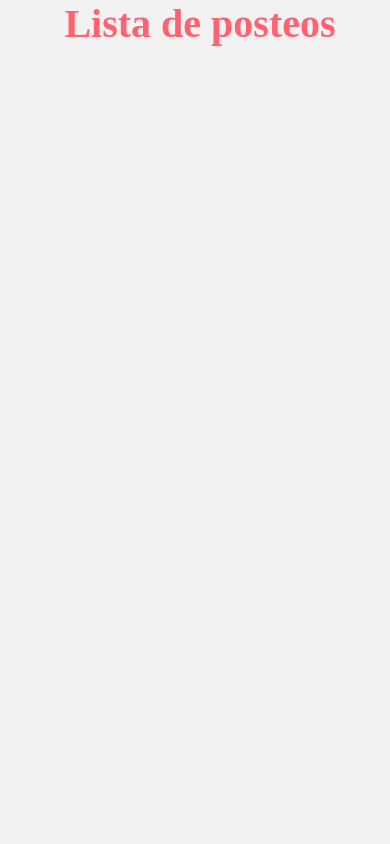
Repository: larafernandezo/finalprog3
Screen: /Home
The author's editor kept a copy of each file at every save. The screen is drawn from the files as they stood at one save, then again after the next save.
The page's requests for data from a server got no answer. The app was drawn by React Native's web renderer in a window 390 px wide. The project was rebuilt for these pictures with package versions that can differ from the ones it lists, and the page was loaded fresh each time. No one was signed in, and anything a server would have sent is missing. Also part of the build but not shown: src/components/Camera.js, src/screens/Registro.js, src/components/Post.js, src/screens/MiPerfil.js, src/screens/NuevoPost.js, src/components/Menu.js, src/screens/Perfil.js.

Above is the screen before, as saved 2022-11-22 11:41:38.

After the next save:
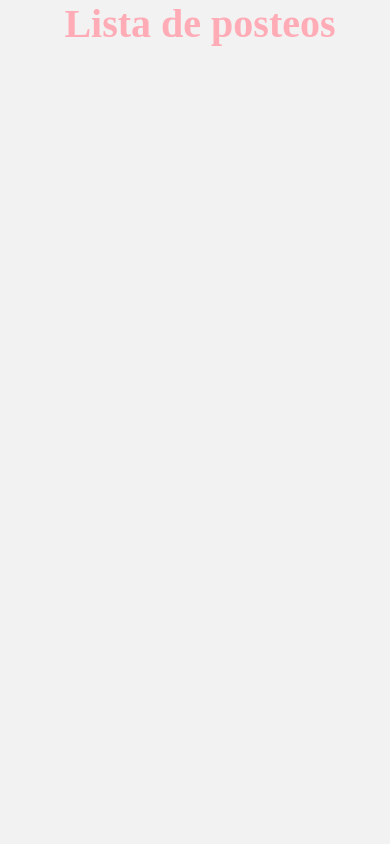
Saved 5 s later.
--- a/src/screens/Home.js
+++ b/src/screens/Home.js
@@ -50,7 +50,7 @@ const styles = StyleSheet.create({
         fontWeight:'bold',
         textAlign:'center',
         fontFamily: 'raleway heavy',
-        color: '#ff6271'
+        color: '#ffacb7'
 
     },
     view:{
